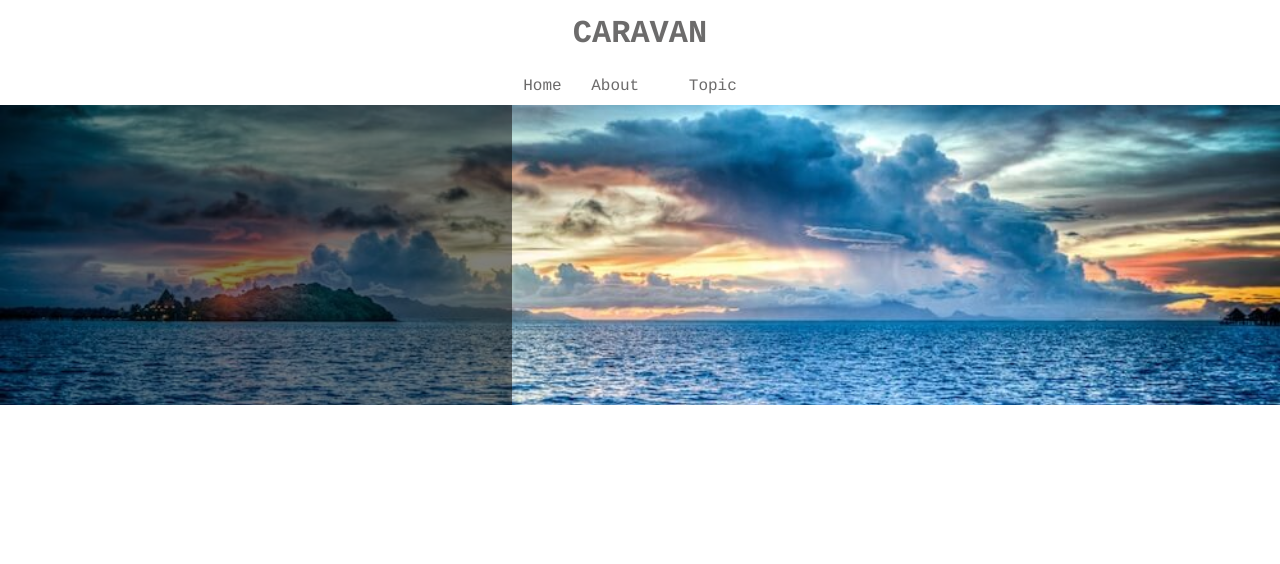
Repository: cacaobucks/git-practice
Page: caravan/index.html
The author's editor kept a record of every edit. The page is drawn from the files as they stood at one moment, then again after the next edit.
The browser window is 1280 px wide. The pictures show the whole page.

Above is the page before.

### caravan/index.html
<!DOCTYPE html>
<html lang="ja">
  <head>
    <meta charset="UTF-8" />
    <!-- CSSファイルの読み込み -->
    <link rel="stylesheet" href="style.css" />
    <title>CARAVAN</title>
  </head>

  <body>
  <header>
     <h1 class="heading">
        <a href="index.html">
          CARAVAN
        </a>
     </h1>
  </header>
 <!-- navigation -->
    <nav>
      <ul class="nav-list"
        <li class="nav-list-item">
          <a href="index.html">Home</a>
        </li>
        <li class="nav-list-item">About</li>
        <li class="nav-list-item">Topic</li>
      </ul>
    </nav>

    <!-- main-visual用のdiv -->
    <div class="main-visual">
      <div class="main-visual-content"></div>
    </div>

    <!-- main用のdiv -->
    <div class="main">
      <div class="blog"></div>
      <div class="sidebar"></div>
    </div>
  </body>
</html>

### caravan/style.css
/* ブラウザがそれぞれ持っているCSSをリセットするための記述 */
* {
  margin: 0;
  padding: 0;
  box-sizing: border-box;
  color: #6c6b6b;
}

a {
  text-decoration: none;
}

header, nav, h2, .main-visual, footer {
  font-family: Chalkduster, "Bradley Hand", Courier, "Segoe Print", sans-serif;
}

header {
  width: 90%; /* 横幅90% */
  padding: 15px 0;
  margin: 0 auto;
  text-align: center;
  position: relative;
}



.social i {
  display: inline-block;
  margin-left: 20px;
}


header .heading {
  /* headerタグ内のheadingクラスにのみ反映される */
  font-size: 32px;
}

.nav-list {
  text-align: center;
  padding: 10px 0;
  margin: 0 auto;
}

.nav-list-item {
  list-style: none;
  display: inline-block;
  margin: 0 20px;
}

.main-visual {
  width: 100%; /* 横幅いっぱい */
  height: 300px; /* 高さ300px */
  background-image: url(img/mv.jpg);
  background-size: cover; /* 縦横比を維持したまま背景領域を埋め尽くす */
  background-position: center; /* 背景画像を中央に配置 */
}

.main-visual-content {
  width: 40%; /* 横幅40% */
  height: 300px; /* 親の高さに揃える */
  background-color: rgba(0, 0, 0, 0.5); /* 背景色を半透明の黒にする */
  text-align: center; /* 文字を中央揃えにする */
  padding-top: 105px; /* 上側の内側余白で垂直方向の位置を調整 */
}

.main-visual-text {
  color: #fff; /* 文字色を白に変更 */
}

.main-visual-name {
  margin-top: 30px; /* 上側の外側の余白 */
  color: #fff; /* 文字色を白に変更 */
}

main {
  width: 800px; /* 横幅800px */
  display: flex; /* Flexboxの利用 */
  justify-content: center; /* 要素の横並び・中央寄せ */
  margin: 0 auto; /* 要素の中央揃え */
  padding: 70px 0; /* 上下に70px、左右に0pxの内側余白 */
}

.blog {
  width: 540px;
  margin-right: 30px; /* 領域の右側余白 */
}

.blog-heading {
  border-bottom: 8px solid #f7f7f7;
  text-align: center;
  line-height: 0.6;
}

.blog-box {
  padding-top: 50px;
}

.blog-item {
  padding-bottom: 20px;
  margin-bottom: 20px;
  border-bottom: 1px solid #f7f7f7;
  display: flex;
  justify-content: flex-start;
}

.blog-image {
  height: 180px;
}

.blog-text {
  padding: 25px 0 0 30px;
}

.blog-text-heading {
  padding-bottom: 15px;
}

.blog-date {
  font-size: 12px;
  display: inline-block;
}

.category {
  display: inline-block;
  padding: 5px 8px;
  background-color: #acabab;
  border-radius: 3px;
  color: #fff;
  font-size: 11px;
}

.pagination {
  text-align: center;
  padding-top: 50px;
}

.pagination p {
  display: inline-block;
  width: 30px;
  height: 30px;
  margin: 0 5px;
  color: #fff;
  background-color: #acabab;
  border-radius: 3px;
  line-height: 30px;
}

.sidebar {
  width: 230px;
}

.common-heading {
  border-bottom: 8px solid #f7f7f7;
  text-align: center;
  line-height: 0.6;
}

.sidebar-contents {
  padding: 50px 0;
}

.popular-text,
.categories-text {
  padding-bottom: 5px;
  border-bottom: 1px solid #f7f7f7;
  margin-bottom: 5px;
}

.popular-text:last-child,
.categories-text:last-child {
  margin: 0;
  padding: 0;
  border: none;
}

.instagram .sidebar-contents {
  display: flex;
  flex-wrap: wrap;
}

.instagram-box {
  width: 110px;
  padding-top: 110px;
  background-size: cover;
  background-position: center;
  margin-bottom: 10px;
}

.instagram-box:nth-child(odd) {
  margin: 0 10px 10px 0;
}

.instagram-box:nth-child(1) {
  background-image: url(img/airport.jpg);
}

.instagram-box:nth-child(2) {
  background-image: url(img/japan.jpg);
}

.instagram-box:nth-child(3) {
  background-image: url(img/snow.jpg);
}

.instagram-box:nth-child(4) {
  background-image: url(img/japan2.jpg);
}

.instagram-box:nth-child(5) {
  background-image: url(img/lake.jpg);
}

.instagram-box:nth-child(6) {
  background-image: url(img/road.jpg);
}

footer {
  width: 100%;
  height: 120px;
  text-align: center;
  line-height: 120px;
  background-color: #848282;
}

.footer-text {
  color: #fff;
}




@media screen and (max-width: 425px) {
  header {width: 100%;}

  .nav-list {width: 100%;}

  .nav-list-item {width: 100%;margin: 0 0 10px 0;}

  .social {display: none;}

  .main-visual-content {width: 100%;}

  main {width: 100%;display: block;}

  .blog {width: 100%;margin: 0;}

  .blog-box {padding-left: 2%;padding-right: 2%;}

  .blog-image {width: 49%;}

  .blog-text {width: 49%;padding-top: 5px;}

  .sidebar {width: 100%;}

  .sidebar-contents {padding-left: 3%;padding-right: 3%;}

  .instagram-box {width: 48%;padding-top: 48%;}

  .instagram-box:nth-child(odd) {margin-right: 4%;}

  .pagination {margin-bottom: 50px;}
}

After the next edit:
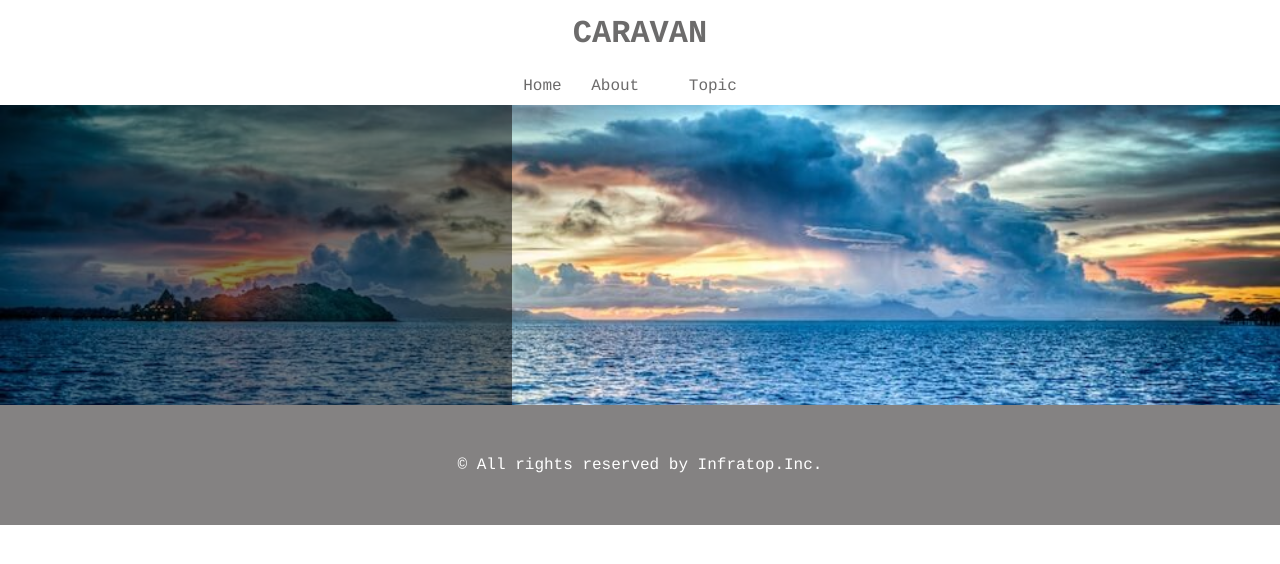
The edit:
--- a/caravan/index.html
+++ b/caravan/index.html
@@ -36,5 +36,10 @@
       <div class="blog"></div>
       <div class="sidebar"></div>
     </div>
+
+     <!-- footer -->
+    <footer>
+      <p class="footer-text">© All rights reserved by Infratop.Inc.</p>
+    </footer>
   </body>
 </html>
